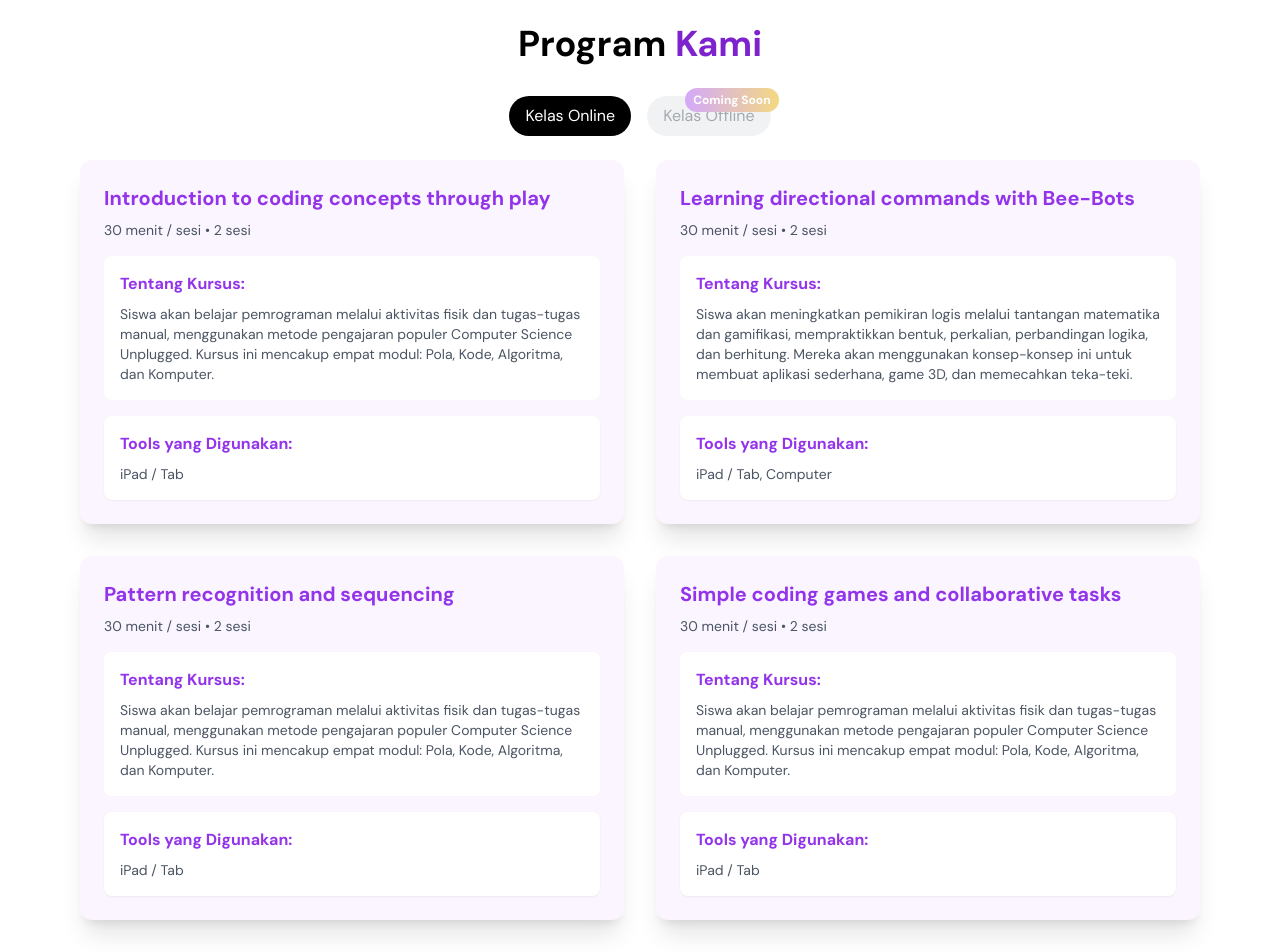
Repository: paskasiregar/ttccomweb
Page: /track/basic-programming
The author's editor kept a copy of each file at every save. The page is drawn from the files as they stood at one save, then again after the next save.
The browser window is 1280 px wide. The pictures show the part of the page from y = 2091 to 3043 px (the page is 3043 px tall).
The project was rebuilt for these pictures with package versions that can differ from the ones it lists, and the page was loaded fresh each time. The framework's server and built-in components were replaced by stand-ins that run in the browser. Also part of the build but not shown: next.config.js, next.config.mjs.

Above is the page before, as saved 2024-11-16 23:31:04.

After the next save:
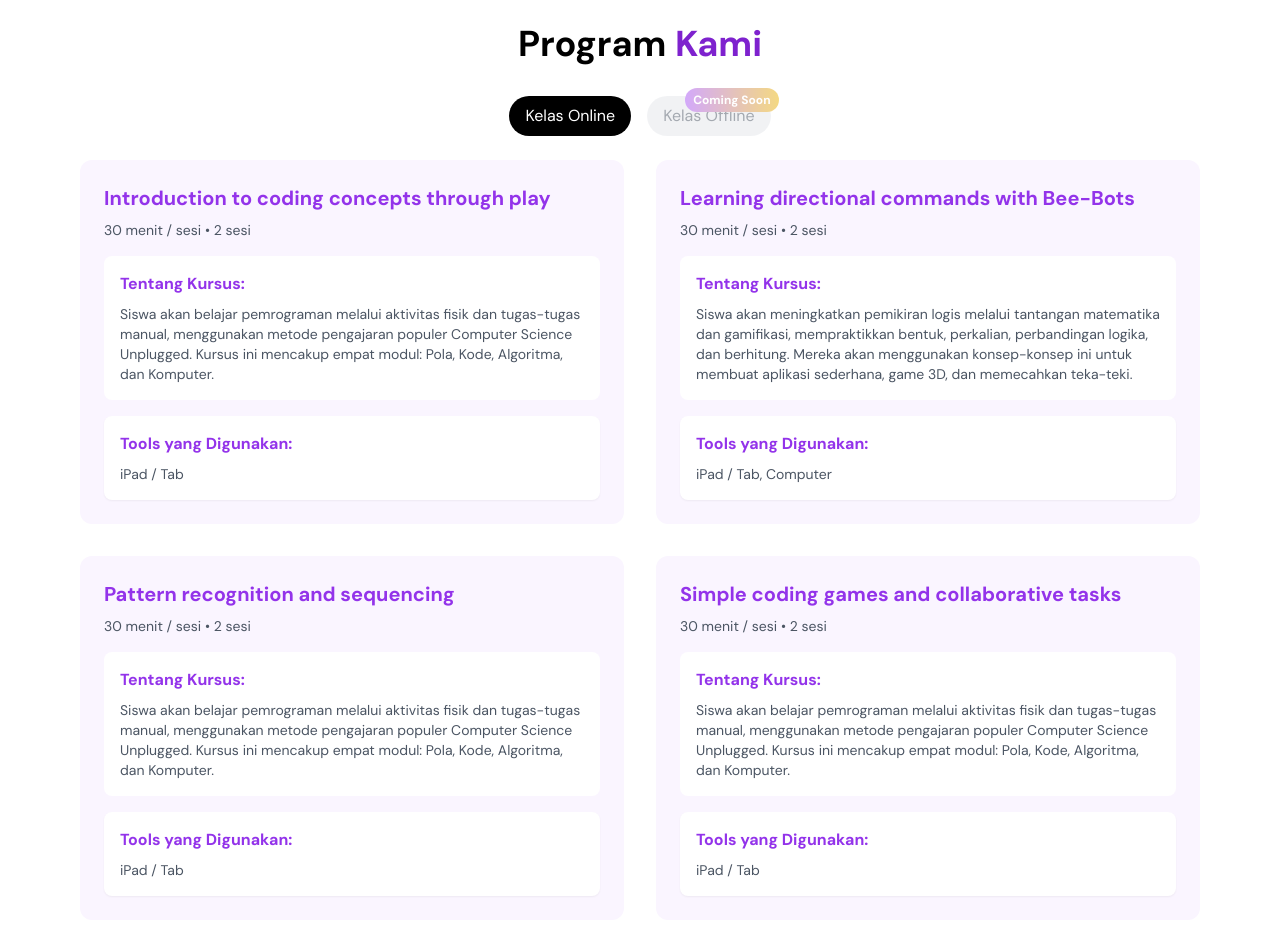
Saved 17 s later.
--- a/src/components/classCard.jsx
+++ b/src/components/classCard.jsx
@@ -3,7 +3,7 @@ import PropTypes from "prop-types";
 
 function ClassCard({ title, duration, sessions, description, tools }) {
   return (
-    <div className="bg-purple-50 rounded-xl shadow-xl p-6">
+    <div className="bg-purple-50 rounded-xl p-6">
       {/* Title */}
       <h3 className="text-xl font-bold text-purple-600 mb-2">{title}</h3>
 
